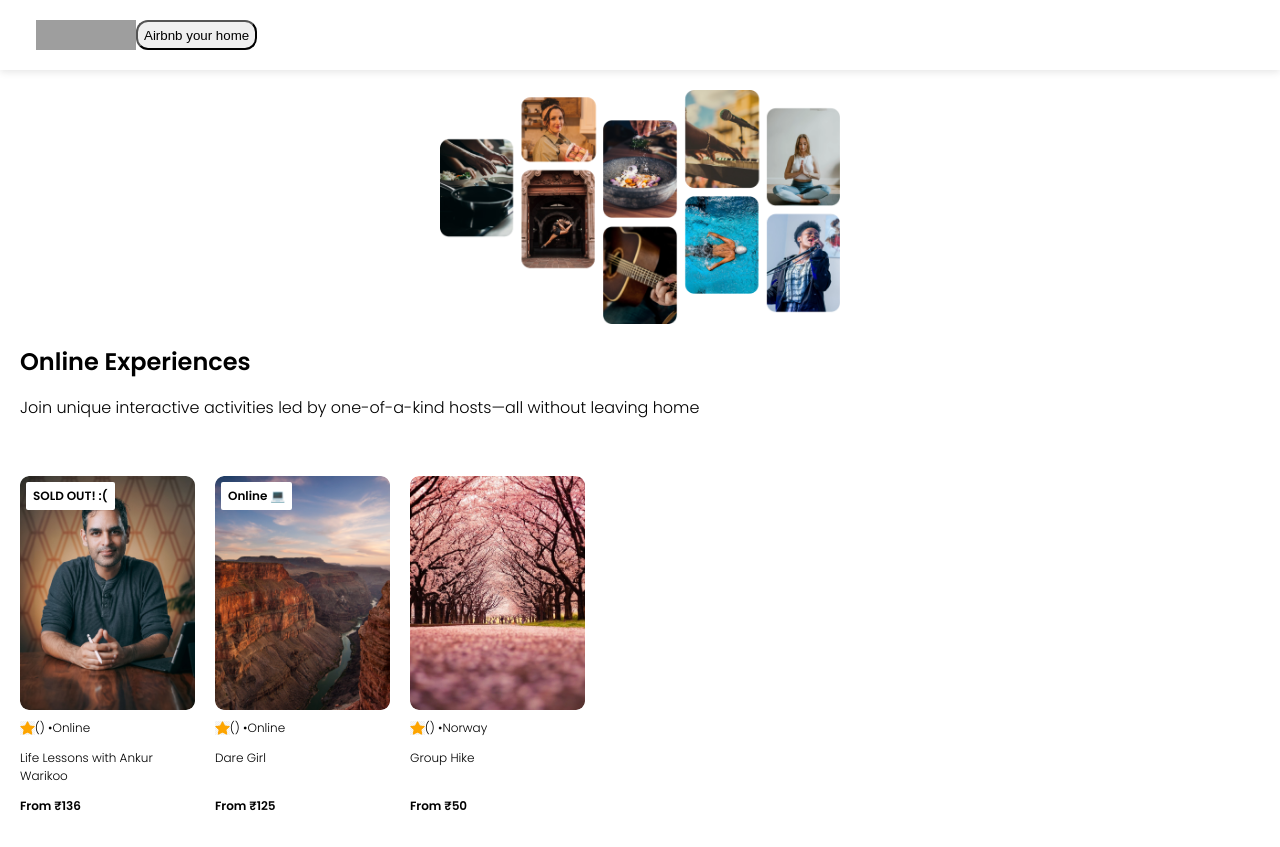
Repository: Sundaram-2001/Airbnb-experience
Page: /
The author's editor kept a copy of each file at every save. The page is drawn from the files as they stood at one save, then again after the next save.
The browser window is 1280 px wide. The pictures show the whole page.
Pictures or frames that could not be fetched are drawn as grey boxes. The project was rebuilt for these pictures with package versions that can differ from the ones it lists, and the page was loaded fresh each time.

Above is the page before, as saved 2023-01-26 00:09:16.

### public/index.html
<!DOCTYPE html>
<html lang="en">
  <head>
    <link rel="preconnect" href="https://fonts.googleapis.com">
        <link rel="preconnect" href="https://fonts.gstatic.com" crossorigin>
        <link href="https://fonts.googleapis.com/css2?family=Poppins:wght@300;600&display=swap" rel="stylesheet">
    <meta charset="utf-8" />
    <link rel="icon" href="%PUBLIC_URL%/favicon.ico" />
    <meta name="viewport" content="width=device-width, initial-scale=1" />
    <meta name="theme-color" content="#000000" />
    <meta
      name="description"
      content="Web site created using create-react-app"
    />
    <link rel="apple-touch-icon" href="%PUBLIC_URL%/logo192.png" />

    <link rel="manifest" href="%PUBLIC_URL%/manifest.json" />

    <title>React App</title>
    <link rel="stylesheet" href="styles.css">
  </head>
  <body>
    <script src="index.js"></script>
    <div id="root"></div>

  </body>
</html>

### src/index.js
import React from 'react';
import ReactDOM from 'react-dom';
import App from "./components/App";

ReactDOM.render(<App/>,document.getElementById("root"));

### src/components/App.jsx
import React from 'react';
import ReactDOM from 'react-dom';
import Card from './Card';
import Hero from './Hero';
import Navbar from './Navbar';
import data from "./data";

export default function App(){
  const cards=data.map(item => {
    return(
      <Card

      item={item}
  />



    )


  })
  return (
    <div>
        <Navbar />
        <Hero />
      <section className='cards-list'>
        {cards}
        </section>

    </div>
)
}

### src/components/Card.jsx
import React from 'react';
import ReactDOM from 'react-dom';


function Card(props){
    let badgeText
    if(props.item.openSpots===0){
        badgeText="SOLD OUT! :("
    }
    else if(props.item.location==="Online"){
        badgeText="Online 💻"
    }
    return(
        <div className="card">
           {badgeText && <div className="card--badge">{badgeText}</div>}
            <img src={`../images/${props.item.coverImg}`} className="card--image" />
            <div className="card--stats">
                <img src="../images/download.png" className='card--star' />
                <span>{props.item.rating}</span>
                <span>({props.item.reviewCount}) • </span>
                <span>{props.item.location}</span>
            </div>
            <p className='card--title'> {props.item.title}</p>
            <p className="card--price"><span className="bold">From ₹{props.item.price}</span> </p>

        </div>
    )
}


export default Card;

### src/components/Hero.jsx
import React from 'react';
import ReactDOM from 'react-dom';


function Hero(){
    return(
        <section className='hero'>
            <img  className='hero--photo' src="../images/grid.png" alt="" />
            <h1 className='hero--header'>Online Experiences</h1>
            <p className='hero--text'>Join unique interactive activities led by
            one-of-a-kind hosts—all without leaving home</p>
        </section>
    )
}


export default Hero;//https://user-images.githubusercontent.com/78269625/158746508-4cd3f5a4-b6c4-4799-afe7-30777b1e0f5f.png

### src/components/Navbar.jsx
import React from 'react';
import ReactDOM from 'react-dom';

function Navbar(){
    return(

        <nav>
            <img className='nav--logo' src="../images/airbnb.png" alt="Air-bnb logo" width="120px" />
            <button class = "button">Airbnb your home</button>
        </nav>

    )
}

export default Navbar;

//https://media.designrush.com/inspiration_images/135187/conversions/_1511452487_364_Airbnb-mobile.jpg
//margin: 4px 4px;

### src/components/data.jsx
export default [
    {
        id: 1,
        title: "Life Lessons with Ankur Warikoo",
        description: "I will share with you what I call \"Positively Impactful Moments of Disappointment.\" Throughout my career, many of my highest moments only came after setbacks and losses. But learning from those difficult moments is what gave me the ability to rise above them and reach my goals.",
        price: 136,
        coverImg: "ankur-warikoo.png",
        stats: {
            rating: 5.0,
            reviewCount: 6
        },
        location: "Online",
        openSpots: 0,
    },
    {
        id: 2,
        title: "Dare Girl",
        description: "Interested in becoming a wedding photographer? For beginner and experienced photographers alike, join us in learning techniques required to leave the happy couple with memories that'll last a lifetime.",
        price: 125,
        coverImg: "grand-canyon.png",
        stats: {
            rating: 5.0,
            reviewCount: 30
        },
        location: "Online",
        openSpots: 27,
    },
    {
        id: 3,
        title: "Group Hike",
        description: "Experience the beautiful Norwegian landscape and meet new friends all while conquering rugged terrain on your mountain bike. (Bike provided!)",
        price: 50,
        coverImg: "japan-forest.png",
        stats: {
            rating: 4.8,
            reviewCount: 2
        },
        location: "Norway",
        openSpots: 3,
    }
]

### public/styles.css
* {
    box-sizing: border-box;
}

body {
    margin: 0;
    font-family: 'Poppins', sans-serif;
}
button {
    border-radius: 12px;
    background-color: ;
  }

nav {
    height: 70px;
    display: flex;
    padding: 20px 36px;
    box-shadow: 0px 2.98256px 7.4564px rgba(0, 0, 0, 0.1);
}

.bold {
    font-weight: bold;
}

.gray {
    color: #918E9B;
}

.nav--logo {
    max-width: 100px;
}

section {
    padding: 20px;
}

.hero {
    display: flex;
    flex-direction: column;
}

.hero--photo {
    max-width: 400px;
    align-self: center;
}

.hero--header {
    margin-bottom: 16px;
}

.hero--text {
    margin-top: 0;
}

.cards-list {
    display: flex;
    flex-wrap: nowrap;
    gap: 20px;
    overflow-x: auto;
}

.card {
    width: 175px;
    font-size: 12px;
    flex: 0 0 auto;         /* ADD */
    display: flex;          /* ADD */
    flex-direction: column; /* ADD */
    position: relative;
}

.card--image {
    width: 100%;
    border-radius: 9px;
    margin-bottom: 9px;
}

/* ADD */
.card--title {
    overflow: hidden;
    text-overflow: ellipsis;
}

.card--stats {
    display: flex;
    align-items: center;
}

.card--star {
    height: 14px;
}

/* ADD */
.card--price {
    margin-top: auto;
}

.card--badge {
    position: absolute;
    top: 6px;
    left: 6px;
    background-color: white;
    padding: 5px 7px;
    border-radius: 2px;
    font-weight: bold;
}

After the next save:
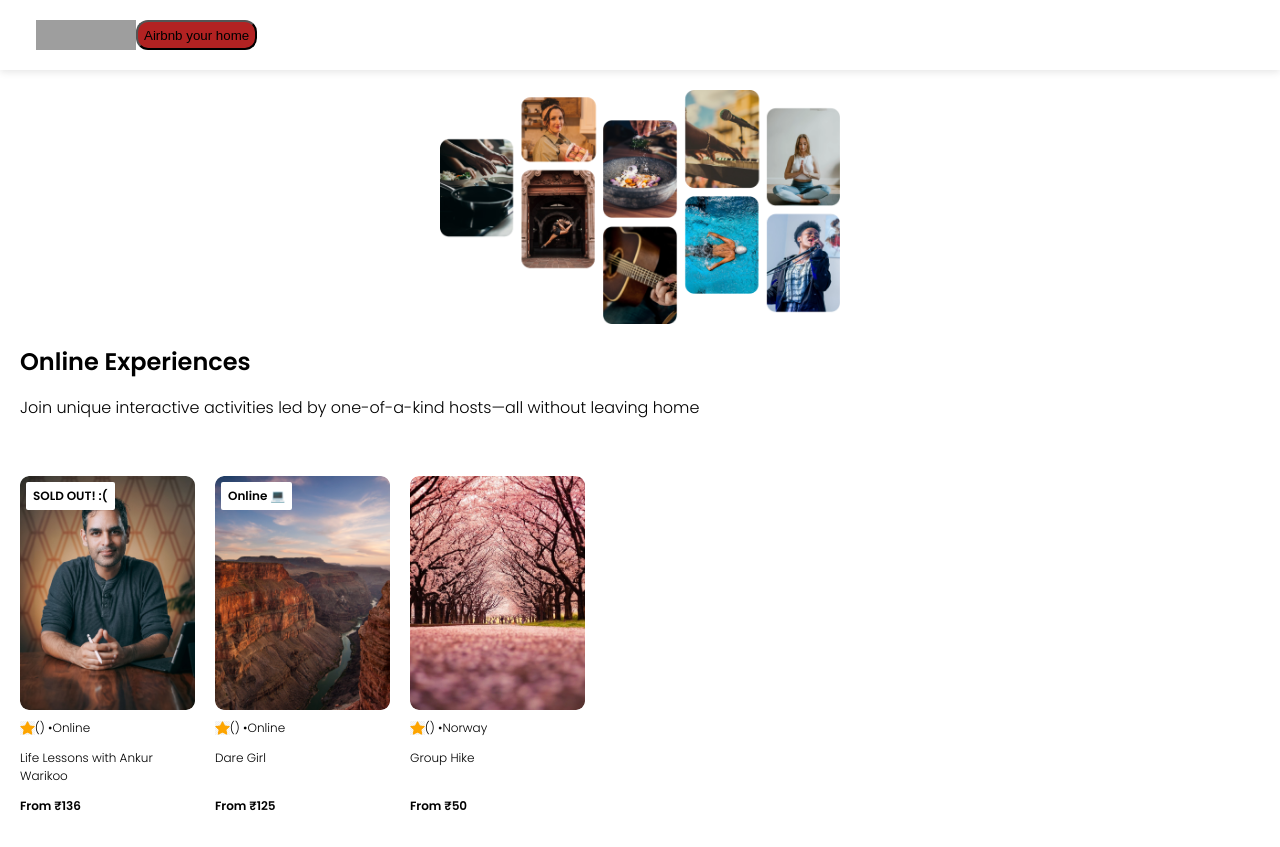
Saved 17 s later.
--- a/public/styles.css
+++ b/public/styles.css
@@ -8,7 +8,7 @@
 }
 button {
     border-radius: 12px;
-    background-color: ;
+    background-color: firebrick;
   }
 
 nav {

After the save that followed:
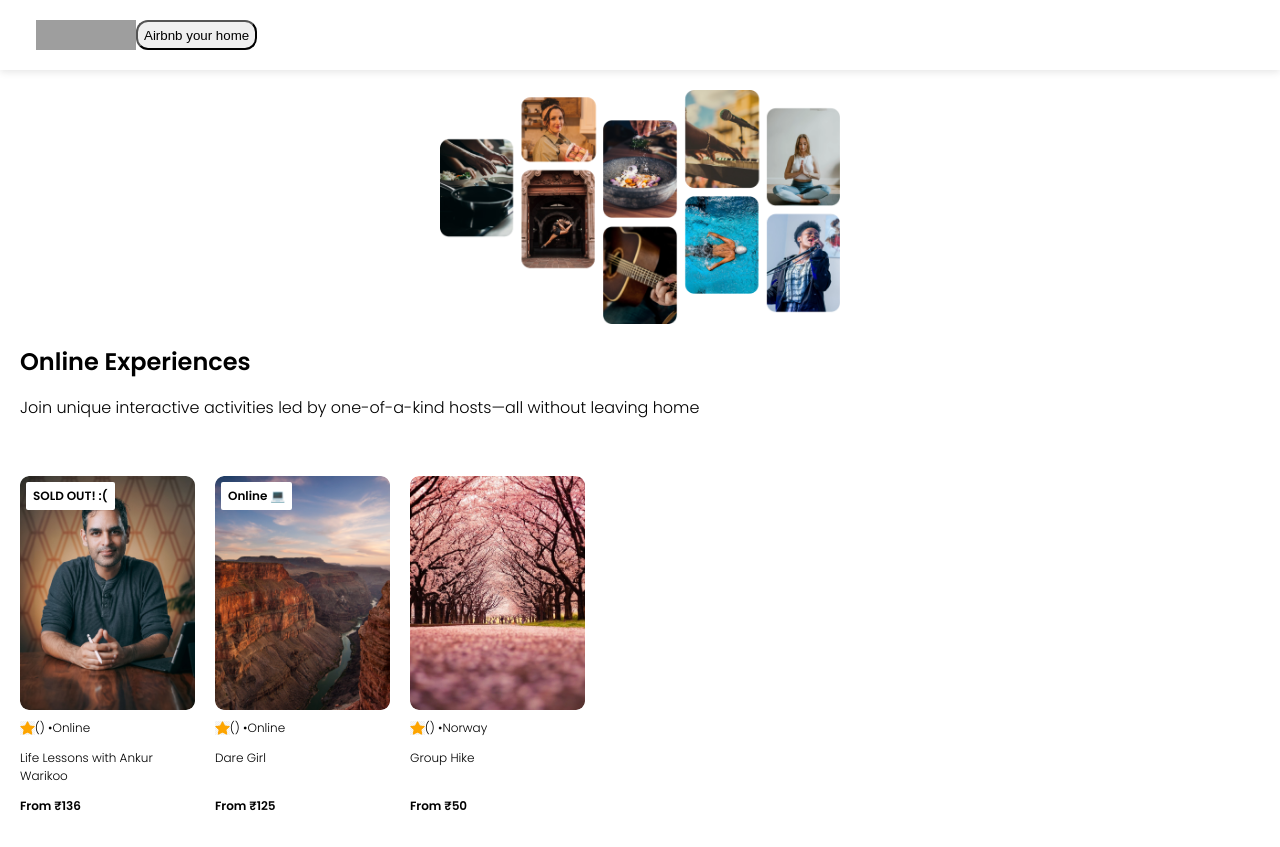
Saved 8 s later.
--- a/public/styles.css
+++ b/public/styles.css
@@ -8,7 +8,7 @@
 }
 button {
     border-radius: 12px;
-    background-color: firebrick;
+    background-color:;
   }
 
 nav {
